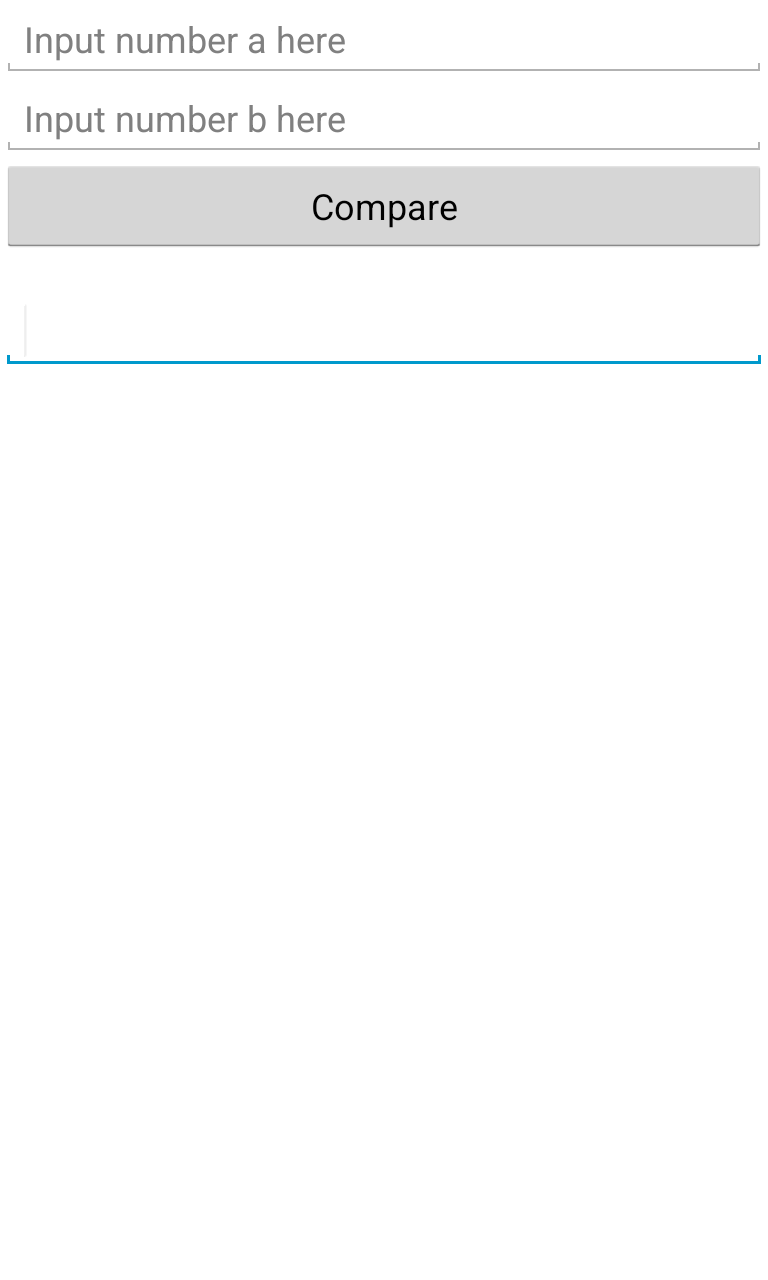
Repository: LightWay152/Lesson2_If_Switch
Layout: Min2Number/res/layout/activity_main.xml
The author's editor kept a copy of each file at every save. The layout is drawn from the files as they stood at one save, then again after the next save.
It is drawn on a 768 x 1280 px phone screen (xhdpi) without system bars, with theme AppTheme; the app's code is not run.

Above is the layout before, as saved 2017-01-01 13:37:01.

### Min2Number/res/layout/activity_main.xml
<LinearLayout xmlns:android="http://schemas.android.com/apk/res/android"
    xmlns:tools="http://schemas.android.com/tools"
    android:layout_width="match_parent"
    android:layout_height="match_parent"
    android:orientation="vertical"
    tools:context="${relativePackage}.${activityClass}" >

    <EditText
        android:id="@+id/edtNumberA"
        android:layout_width="match_parent"
        android:layout_height="wrap_content"
        android:hint="@string/input_number_a"
        android:ems="10"
        android:inputType="number" ><requestFocus/>
    </EditText>
    <EditText
        android:id="@+id/edtNumberB"
        android:layout_width="match_parent"
        android:layout_height="wrap_content"
        android:hint="@string/input_number_b"
        android:ems="10"
        android:inputType="number" ><requestFocus/>
    </EditText>
    <Button
        android:id="@+id/btnCompare"
        android:layout_width="match_parent"
        android:layout_height="wrap_content"
        android:text="@string/compare"/>
    <TextView
        android:id="@+id/txtResult"
        android:layout_width="match_parent"
        android:layout_height="wrap_content"
        android:text=""/>

    <EditText
        android:id="@+id/editText1"
        android:layout_width="match_parent"
        android:layout_height="wrap_content"
        android:ems="10"
        android:inputType="number" >

        <requestFocus />
    </EditText>

</LinearLayout>

### Min2Number/res/values/strings.xml
<?xml version="1.0" encoding="utf-8"?>
<resources>

    <string name="app_name">Min 2 Number</string>
    <string name="hello_world">Hello world!</string>
    <string name="input_number_a">Input number a here</string>
    <string name="input_number_b">Input number b here</string>
    <string name="compare">Compare</string>

</resources>

Loaded but not shown: Min2Number/res/values/styles.xml (common file); Min2Number/res/values-v11/styles.xml (common file); Min2Number/res/values-v14/styles.xml (common file)

After the next save:
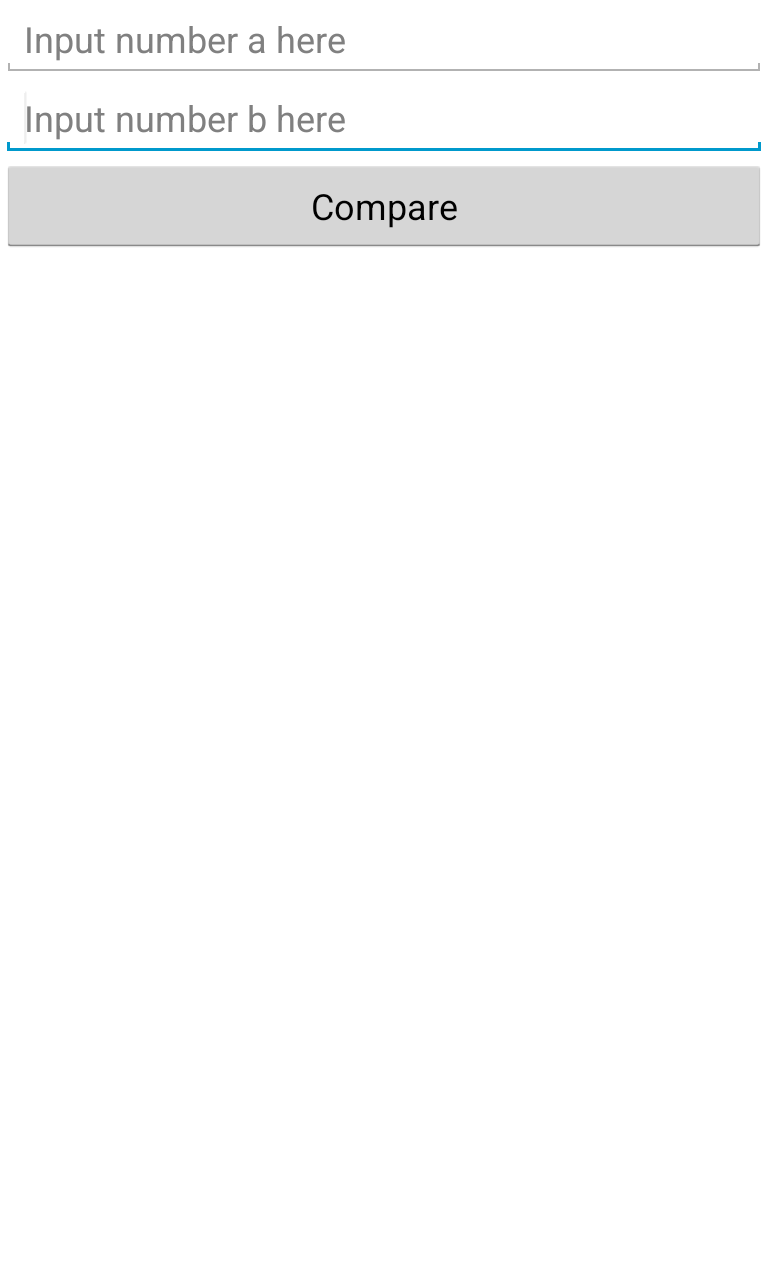
Saved 10 s later.
--- a/Min2Number/res/layout/activity_main.xml
+++ b/Min2Number/res/layout/activity_main.xml
@@ -32,14 +32,4 @@
         android:layout_height="wrap_content"
         android:text=""/>
 
-    <EditText
-        android:id="@+id/editText1"
-        android:layout_width="match_parent"
-        android:layout_height="wrap_content"
-        android:ems="10"
-        android:inputType="number" >
-
-        <requestFocus />
-    </EditText>
-
 </LinearLayout>
